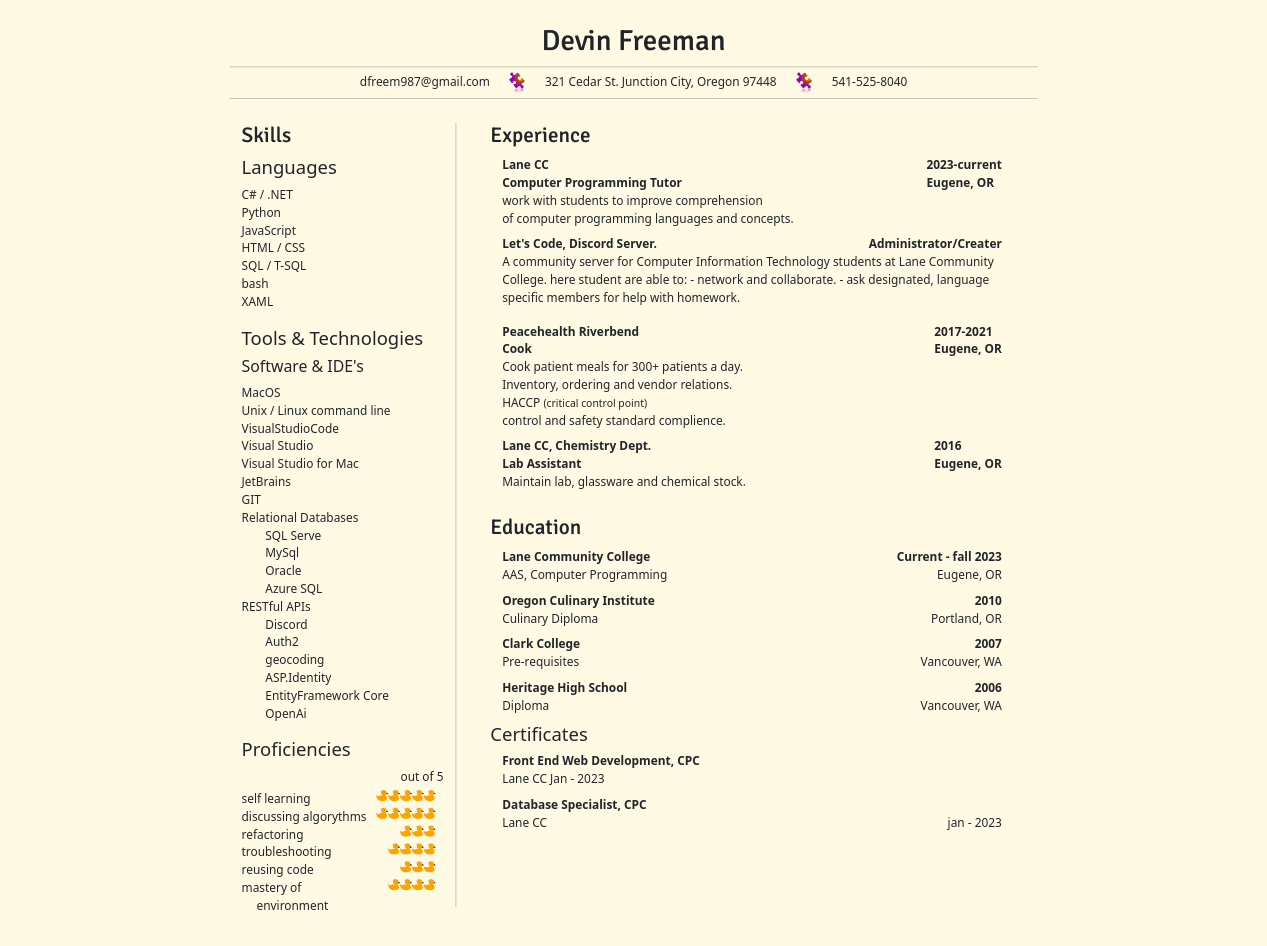
Repository: Dfreem/Resume
Page: index.html
An editor plug-in stored every save of this project. The page is shown before and after the next save, followed by the edit.
The browser window is 1280 px wide. The pictures show the whole page, at 99% of full size.

Above is the page before, as saved 2023-02-13 08:31:49.

### index.html
<!DOCTYPE html>
<html lang="en">

<head>
    <meta charset="UTF-8">
    <meta http-equiv="X-UA-Compatible" content="IE=edge">
    <meta name="viewport" content="width=device-width, initial-scale=1.0">
    <link href="https://cdn.jsdelivr.net/npm/bootstrap@5.3.0-alpha1/dist/css/bootstrap.min.css" rel="stylesheet"
        integrity="sha384-GLhlTQ8iRABdZLl6O3oVMWSktQOp6b7In1Zl3/Jr59b6EGGoI1aFkw7cmDA6j6gD" crossorigin="anonymous">
    <link href="resume.css" rel="stylesheet" />
    <title>Devin Freeman</title>
</head>

<body>

    <h1>Devin Freeman</h1>
    <hr />

    <!-- ========= banner ========= -->

    <div class="personal-info">
        dfreem987@gmail.com
        &emsp;
        <span><img src="puzzle.png" class="puzzle-piece"></img></span>
        &emsp;
        321 Cedar St. Junction City, Oregon 97448
        &emsp;
        <span><img src="puzzle.png" class="puzzle-piece"></img></span>
        &emsp;
        541-525-8040
        <!-- &nbsp;freemand@my.lanecc.edu -->
    </div>
    <hr />
    <!-- ========= Skills start ========= -->

    <div class="hstack">
        <div class="vstack skill-stack">
            <h2>Skills</h2>

            <!-- ========= programming language list ========= -->

            <ul class="langs">
                <div class="d-flex flex-row flex-nowrap">
                    <h3>Languages</h3>
                </div>
                <li class="d-flex flex-row flex-nowrap">
                    C# / .NET</li>
                <li class="d-flex flex-row flex-nowrap">
                    Python</li>
                <li class="d-flex flex-row flex-nowrap">
                    JavaScript</li>
                <li class="d-flex flex-row flex-nowrap">
                    HTML / CSS</li>
                <li class="d-flex flex-row flex-nowrap">
                    SQL / T-SQL</li>
                <li class="d-flex flex-row flex-nowrap">
                    bash</li>
                <li class="d-flex flex-row flex-nowrap">
                    XAML</li>
            </ul>
            <ul>
                <div>
                    <h3>Tools & Technologies</h3>
                    <h4>Software & IDE's</h4>
                    <li>MacOS</li>
                    <li>Unix / Linux command line</li>
                    <li>VisualStudioCode</li>
                    <li>Visual Studio</li>
                    <li>Visual Studio for Mac</li>
                    <li>JetBrains </li>
                    <li>GIT</li>
                    <li>
                        <ul>
                            Relational Databases
                            <li class="ms-4">SQL Serve</li>
                            <li class="ms-4">MySql</li>
                            <li class="ms-4">Oracle</li>
                            <li class="ms-4">Azure SQL</li>
                        </ul>
                    </li>
                    <li>
                        <ul>
                            RESTful APIs
                            <li class="ms-4">Discord</li>
                            <li class="ms-4">Auth2</li>
                            <li class="ms-4">geocoding</li>
                            <li class="ms-4">ASP.Identity</li>
                            <li class="ms-4">EntityFramework Core</li>
                            <li class="ms-4">OpenAi</li>
                        </ul>
                    </li>
                    <li>

                    </li>
                    <li>

                    </li>
                </div>
            </ul>

            <!-- ========= Soft Skills ========= -->
            <div>
                <h3 class="same-line">Proficiencies</h3>

                <div class="push-right same-line">
                    out of 5
                </div>

            </div>
            <ul class="profs me-2">
                <li class="d-flex flex-row flex-nowrap">
                    self learning<div class="push-right five"></div>
                </li>
                <li class="d-flex flex-row flex-nowrap">
                    discussing algorythms<div class="push-right five"></div>
                </li>
                <li class="d-flex flex-row flex-nowrap">
                    refactoring<div class="push-right three"></div>
                </li>
                <li class="d-flex flex-row flex-nowrap">
                    troubleshooting<div class="push-right four"></div>
                </li>
                <li class="d-flex flex-row flex-nowrap">
                    reusing code<div class="push-right three"></div>
                </li>
                <li class="d-flex flex-row flex-nowrap">
                    mastery of <br />&emsp; environment<div class="push-right four">
                    </div>
                </li>
                <li class="dlex flex-row flex-nowrap"></li>
            </ul>

            <!-- ========= Professional References ========= -->

            <!-- <hr class="my-3" />
                <h3>References</h3>
                <dl class="profs me-2">
                    <dt class="d-flex flex-row flex-nowrap">
                        Bryce Fisher
                        <div class="push-right">
                            Lane CC, 2022
                        </div>
                    </dt>
                    <dd>
                        <b>collaborator / school colleague</b><br />
                        360-913-4165 <br />
                        bryce.e.fisher@gmail.com.
                    </dd>
                </dl>

                <dl class="profs me-2">
                    <dt class="d-flex flex-row flex-nowrap">
                        Ben Wilson
                        <div class="push-right">
                            Lane CC, 2022
                    </div>
                </dt>
                <dd>
                    <b>school colleague / tutee</b><br />
                    541-870-0555<br />
                    benosliw@gmail.com
                </dd>
            </dl>

            <dl class="profs me-2">
                <dt class="d-flex flex-row flex-nowrap">
                    Paul Frost
                    <div class="push-right">
                        Lane CC, 2022
                    </div>
                </dt>
                <dd>
                    <b>school colleague / tutee</b><br />
                    458-210-0711<br />
                    workpaulfrost@gmail.com<br />

                </dd>
            </dl> -->
        </div>
        <div class="vr my-4"></div>
        <div class="vstack work-stack">

            <!-- ========= Most Recent Work History ========= -->

            <dl class="work-history mt-4">
                <h2>Experience</h2>

                <!-- ========== Experience ========== -->

                <div class="container work-container">
                    <dt class="d-flex flex-nowrap flex-row">
                        Lane CC
                        <br />
                        Computer Programming Tutor
                        <div class="push-right">
                            2023-current
                            <br />
                            Eugene, OR
                        </div>
                    </dt>
                    <dd class="ed-details">
                        work with students to improve comprehension <br /> of computer programming languages and
                        concepts.
                    </dd>
                </div>
                <div class="container work-container">
                    <dt class="d-flex flex-nowrap flex-row">
                        Let's Code, Discord Server.
                        <span class="push-right">
                            Administrator/Creater
                        </span>
                    </dt>
                    <dd>
                        <p>
                            A community server for Computer Information Technology students
                            at Lane Community College. here student are able to:
                            - network and collaborate.
                            - ask designated, language specific members for help with homework.
                        </p>
                    </dd>
                </div>
                <!-- ========== work history slot 2 ========== -->
                <div class="container work-container">
                    <dt class="d-flex flex-nowrap flex-row">
                        Peacehealth Riverbend
                        <br />
                        Cook
                        <div class="push-right">
                            2017-2021
                            <br />
                            Eugene, OR
                        </div>
                    </dt>
                    <dd class="ed-details">
                        Cook patient meals for 300+ patients a day. <br />
                        Inventory, ordering and vendor relations. <br />
                        HACCP <small>(critical control point)</small><br />
                        control and safety standard complience. <br />
                    </dd>
                </div>

                <!-- ========== work history slot 3 ========== -->
                <!--
                    <div class="container work-container">
                        <dt class="d-flex flex-nowrap flex-row">
                            McMenamins
                            <br />
                            Assistant kitchen manager
                            <div class="push-right">
                                2011-2013
                                <br />
                                Portland, OR
                                <br />
                            </div>
                        </dt>
                        <dd class="ed-details">
                            Staff management. Food order expeditor. <br />
                            Proficient in all stations including Pizza Kitchen.
                        </dd>
                    </div> -->

                <!-- ========== work history slot 3 ========== -->

                <div class="container work-container">
                    <dt class="d-flex flex-nowrap flex-row">
                        Lane CC, Chemistry Dept.
                        <br />
                        Lab Assistant
                        <div class="push-right">
                            2016
                            <br />
                            Eugene, OR
                        </div>
                    </dt>
                    <dd class="ed-details">Maintain lab, glassware and chemical stock.</dd>
                </div>
            </dl>

            <!-- ========== Education Start ========== -->

            <dl class="education">
                <h2>Education</h2>

                <!-- ========== Education slot 1 ========== -->

                <div class="container work-container">
                    <dt class="d-flex flex-nowrap flex-row">
                        <div class="ed-title">Lane Community College</div>
                        <div class="push-right">Current - fall 2023</div>
                    </dt>
                    <dd class="d-flex flex-nowrap flex-row">
                        <div class="ed-title">AAS, Computer Programming </div>
                        <span class="push-right"> Eugene, OR </span>
                    </dd>
                </div>

                <!-- ========== Education slot 2 ========== -->

                <div class="container work-container">
                    <dt class="d-flex flex-nowrap flex-row">
                        <div class="ed-title">Oregon Culinary Institute</div>
                        <span class="push-right">2010</span>
                    </dt>
                    <dd class="d-flex flex-nowrap flex-row">
                        <div class="ed-title">Culinary Diploma</div>
                        <span class="push-right">Portland, OR</span>
                    </dd>
                </div>

                <!-- ========== Education slot 3 ========== -->

                <div class="container work-container">
                    <dt class="d-flex flex-nowrap flex-row">
                        <div class="ed-title">Clark College</div>
                        <span class="push-right">2007</span>
                    </dt>
                    <dd class="d-flex flex-nowrap flex-row">
                        <div class="ed-title">Pre-requisites</div>
                        <span class="push-right">Vancouver, WA</span>
                    </dd>
                </div>

                <!-- ========== Education slot 4 ========== -->

                <div class="container work-container">
                    <dt class="d-flex flex-nowrap flex-row">
                        <div class="ed-title">Heritage High School</div>
                        <span class="push-right">2006</span>
                    </dt>
                    <dd class="d-flex flex-nowrap flex-row">
                        <div class="ed-title">Diploma</div>
                        <span class="push-right">Vancouver, WA</span>
                    </dd>
                </div>
                <!-- ========= Certifications ========= -->


                <h3>Certificates</h3>
                <div class="container work-container">
                    <dt class="d-flex flex-row flex-nowrap">
                        <div class="ed-title">Front End Web Development, CPC
                        </div>
                    </dt>
                    <dd>
                        <span class="push-right">
                            Lane CC
                            Jan - 2023

                        </span>
                    </dd>
                </div>

                <div class="container work-container">
                <dt>Database Specialist, CPC </dt>
                <dd class="d-flex flex-row flex-nowrap">Lane CC
                    <span class="push-right">jan - 2023</span>
                </dd>
            </div>
        </div>
        </dl>



    </div>
    </div>
    <dl class="d-grid container">
        <div class="row">

    </dl>
    </div>

</body>
<script src="https://cdn.jsdelivr.net/npm/bootstrap@5.3.0-alpha1/dist/js/bootstrap.bundle.min.js"
    integrity="sha384-w76AqPfDkMBDXo30jS1Sgez6pr3x5MlQ1ZAGC+nuZB+EYdgRZgiwxhTBTkF7CXvN"
    crossorigin="anonymous"></script>

</html>

### resume.css
@import url('https://fonts.googleapis.com/css2?family=Raleway:ital,wght@0,500;0,700;0,800;1,500&family=Signika:wght@400;500;700&display=swap');

/*
font-family: 'Raleway', sans-serif;
font-family: 'Signika', sans-serif;
*/
body {
    /* padding-inline: 0.5in; */
    padding-block-start: 2em;
    margin: auto;
    max-width: 8.5in;
    min-width: 8.5in;
    max-height: 11in;
    font-size: 12px;
    background-color: rgb(255, 250, 228);
}

.personal-info {
    text-align: center;
    margin-bottom: 0;
}

h1 {
    font-family: 'Signika', sans-serif;
    text-align: center;
    font-size: 22pt;
    letter-spacing: 105%;
}

h2 {
    font-family: 'Signika', sans-serif;
    font-size: 16pt;
    margin-block-start: 0;
}

h3 {
    font-size: 14pt;
    width: fit-content;
}

h4 {
    font-size: 12pt;
}

.puzzle-piece {
    width: 1.6em;
    margin-block: .3em;
}

.work-history {
    width: 90%;
    align-self: flex-end;
    margin-inline-end: 2em;
}

.education {
    align-self: flex-end;
    margin-inline-end: 2em;
    width: 90%;
    margin-block-start: 0em;
}

.skill-stack {
    min-width:25%;
    margin-inline:1em;
    margin-block-end: 1em;
    margin-top: 2em;
    /* background-color: chartreuse; */
}

.push-right {
    margin-inline-start: auto;
}

.profs {
    /* font-size: 10px; */
    margin-block: .3em;
}

.extra {
    align-self: flex-end;
    margin-inline-end: 2em;
    width: 90%;
    margin-block-start: 0em;
}

.five {
    background-image: url("ducky.png");
    background-size: 12px;
    background-repeat: repeat-x;
    width:60px;
 }

.four {
    background-image: url("ducky.png");
    background-size: 12px;
    background-repeat: repeat-x;
    width:48px;
    /* background-position: ; */
}

.three {
    background-image: url("ducky.png");
    background-size: 12px;
    background-repeat: repeat-x;
    width:36px;
 }
.two {
    background-image: url("ducky.png");
    background-size: 12px;
    background-repeat: repeat-x;
    width:24px;
 }

 .same-line {
    max-width: fit-content;
 }

hr {
    margin-block: 0;
}

ul {
    padding-Inline: 0;
}

li {
    list-style: none;
}

After the next save:
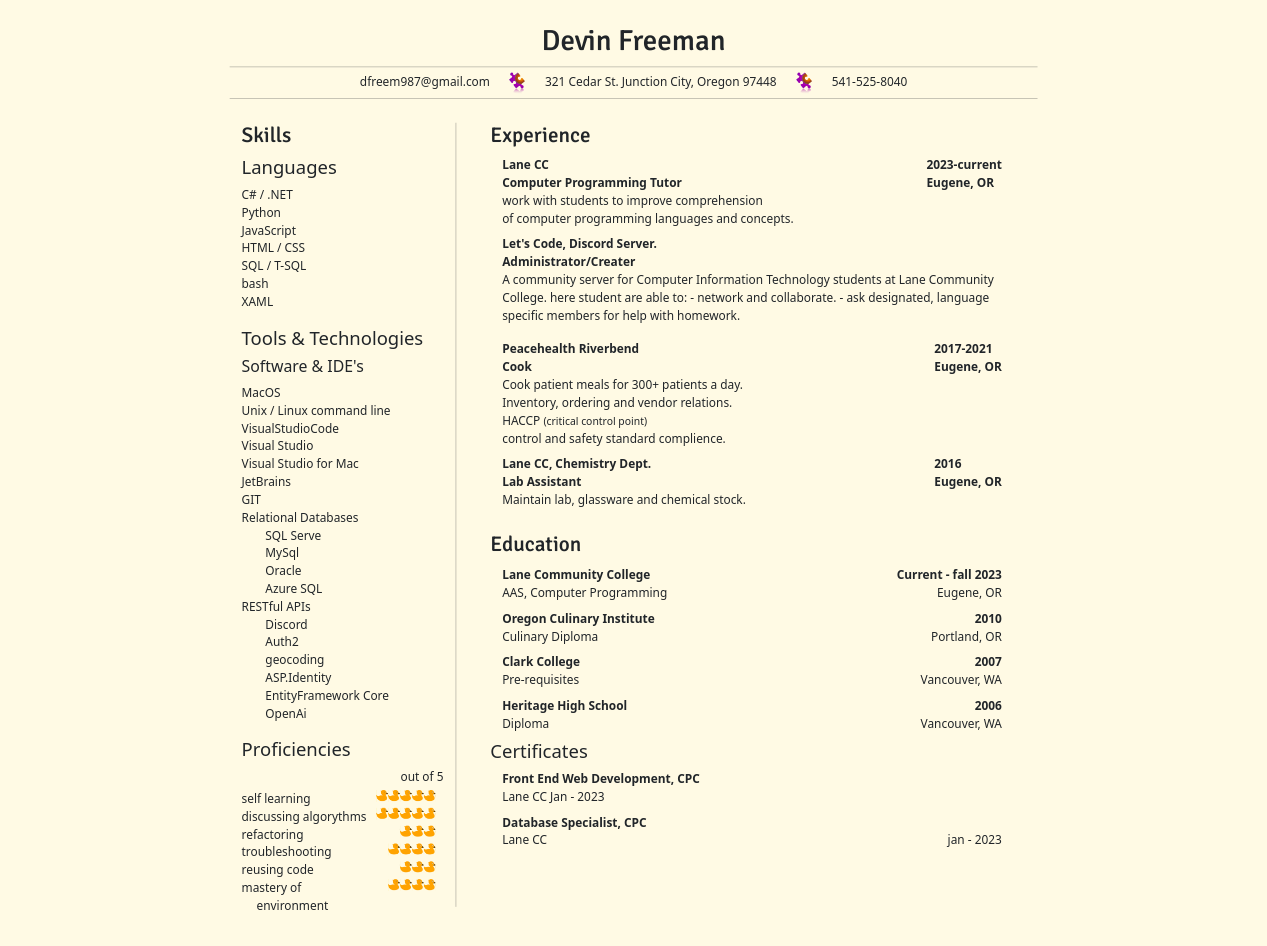
Saved 3 min 56 s later.
--- a/index.html
+++ b/index.html
@@ -205,9 +205,9 @@
                 </div>
                 <div class="container work-container">
                     <dt class="d-flex flex-nowrap flex-row">
-                        Let's Code, Discord Server.
+                        Let's Code, Discord Server.<br />
+                        Administrator/Creater
                         <span class="push-right">
-                            Administrator/Creater
                         </span>
                     </dt>
                     <dd>
